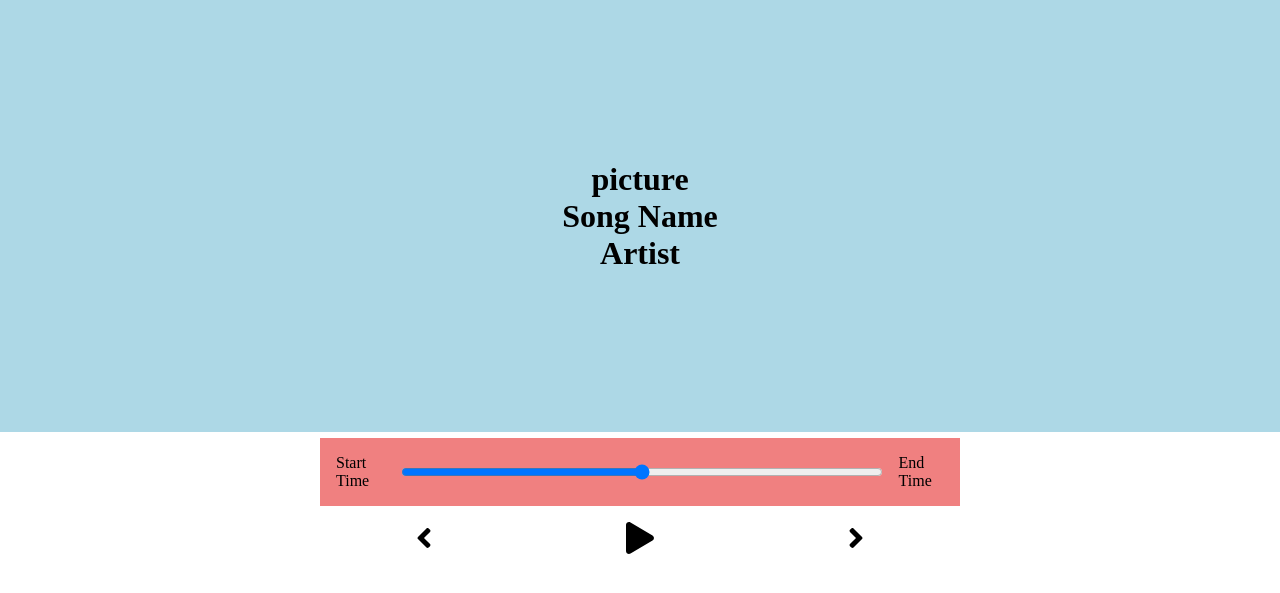
Repository: Elue-dev/music-app
Page: /
An editor plug-in stored every save of this project. The page is shown before and after the next save, followed by the edit.
The browser window is 1280 px wide. The pictures show the whole page.
The project was rebuilt for these pictures with package versions that can differ from the ones it lists, and the page was loaded fresh each time.

Above is the page before, as saved 2020-11-09 00:03:28.

### src/index.js
import React from 'react';
import ReactDOM from 'react-dom';
import "./styles/app.scss";

import App from './App';
import reportWebVitals from './reportWebVitals';

ReactDOM.render(
  <React.StrictMode>
    <App />
  </React.StrictMode>,
  document.getElementById('root')
);

// If you want to start measuring performance in your app, pass a function
// to log results (for example: reportWebVitals(console.log))
// or send to an analytics endpoint. Learn more: https://bit.ly/CRA-vitals
reportWebVitals();

### src/styles/app.scss
*{
    margin: 0;
    padding: 0;
    box-sizing: border-box;
}
@import "./player";
@import "./song"

### src/App.js
import React from 'react';
// adding components
import Player from './components/Player';
import Song from './components/Song';
// import styles
import "./styles/app.scss";


function App() {
  return (
    <div className="App">
   <Song />
   <Player />
    </div>
  );
}

export default App;

### src/styles/_player.scss
.player{
    min-height: 20vh;
    display: flex;
    flex-direction: column;
    align-items: center;
    justify-content: center;
}

.time-control{
    width: 50%;
    background: lightcoral;
    display: flex;
    input{
        width: 100%;
        padding: 1rem 2rem;
    }
    p{
        padding: 1rem;
    }

}
.play-control{
    display: flex;
    justify-content: space-between;
    align-items: center;
    padding: 1rem;
    width: 30rem;
    svg{
        cursor: pointer;
    }
}

### src/styles/_song.scss
.song-container{
    min-height: 60vh;
    background: lightblue;
    display: flex;
    flex-direction: column;
    align-items: center;
    justify-content: center;
}

### src/components/Player.js
import React from 'react';
import {FontAwesomeIcon } from '@fortawesome/react-fontawesome';
import { faPlay, faAngleLeft, faAngleRight } from '@fortawesome/free-solid-svg-icons';


const Player = () => {
    return (
        <div className="player">
          <div className="time-control">
              <p>Start Time</p>
              <input type="range" />
              <p>End Time</p>
          </div>
          <div className="play-control">
              <FontAwesomeIcon className="skip-back" size="2x" icon={faAngleLeft} />

              <FontAwesomeIcon className="play" size="2x" icon={faPlay} />

              <FontAwesomeIcon className="skip-forward"size="2x" icon={faAngleRight} />

          </div>
        </div>
    )
}


export default Player

### src/components/Song.js
import React from 'react';


const Song = () => {
    return (
        <div className="song-container">
          <h1>picture</h1>
          <h1>Song Name</h1>
          <h1>Artist</h1>
        </div>
    )
}


export default Song

Loaded but not shown: src/reportWebVitals.js (common file)

After the next save:
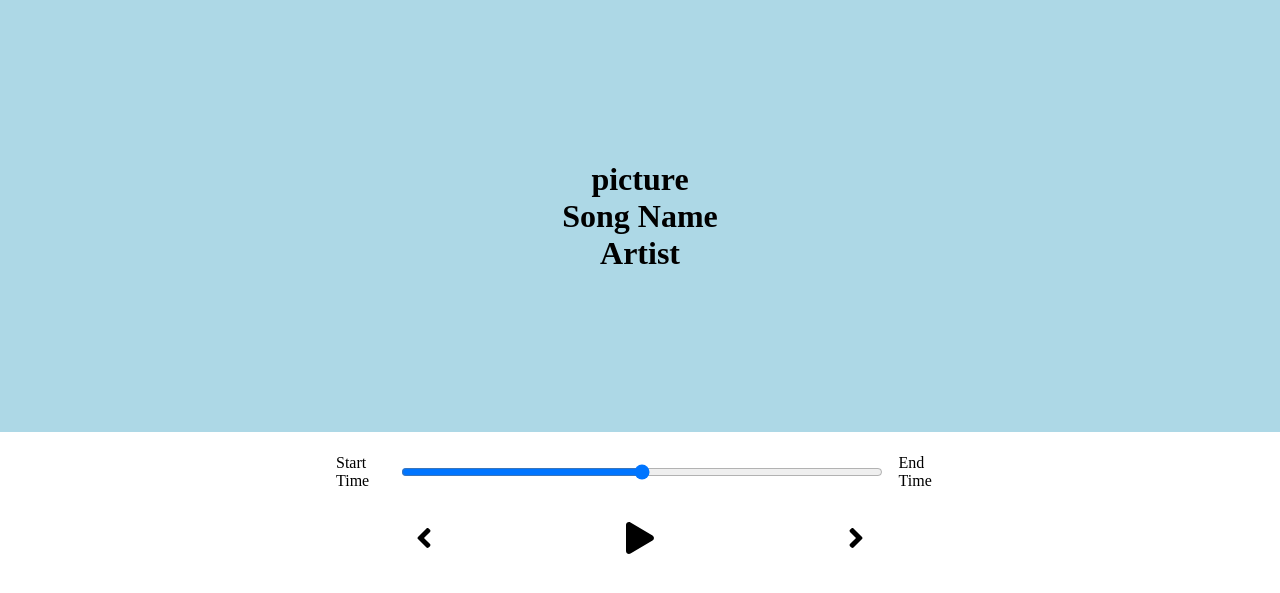
Saved 17 s later.
--- a/src/styles/_player.scss
+++ b/src/styles/_player.scss
@@ -8,7 +8,6 @@
 
 .time-control{
     width: 50%;
-    background: lightcoral;
     display: flex;
     input{
         width: 100%;
